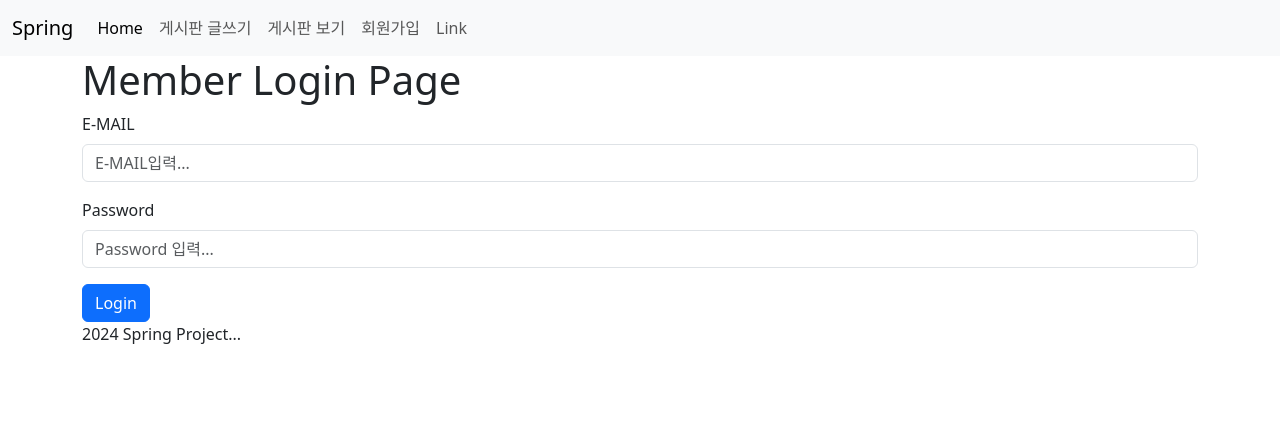
Repository: oco0217/SpringTest2
Page: http://localhost/spring_test2/WEB-INF/views/user/login.jsp
An editor plug-in stored every save of this project. The page is shown before and after the next save, followed by the edit.
The browser window is 1280 px wide. The pictures show the whole page.
The page is served by Tomcat 9. Nobody is signed in. Other server files are loaded and not shown. The template is opened directly, without the code that normally fills it, so the values that code supplies are empty.

Above is the page before, as saved 2024-05-08 02:30:55.

### spring_test2/src/main/webapp/WEB-INF/views/user/login.jsp
<%@ page language="java" contentType="text/html; charset=UTF-8"
	pageEncoding="UTF-8"%>
<%@ taglib uri="http://java.sun.com/jsp/jstl/core" prefix="c"%>

<jsp:include page="../layout/header.jsp" />

<div class="container-md">
	<h1>Member Login Page</h1>

	<form action="/user/login" method="post">

		<div class="mb-3">
			<label for="i" class="form-label">E-MAIL</label> <input type="text"
				class="form-control" id="i" placeholder="E-MAIL입력..." name="email">
		</div>
		<div class="mb-3">
			<label for="p" class="form-label">Password</label> <input
				type="password" class="form-control" id="p"
				placeholder="Password 입력..." name="pwd">
		</div>

		<c:if test="${not empty param.errMsg ne null }">
			<div class="mb-3 text-danger">
			${errMsg }
			</div>
		</c:if>


		<button type="submit" class="btn btn-primary">Login</button>
	</form>
</div>

<jsp:include page="../layout/footer.jsp" />

### spring_test2/src/main/webapp/WEB-INF/views/layout/header.jsp
<%@ page language="java" contentType="text/html; charset=UTF-8"
    pageEncoding="UTF-8"%>
    <%@ taglib uri="http://java.sun.com/jsp/jstl/core" prefix="c" %>
<!DOCTYPE html>
<html>
<head>
<meta charset="UTF-8">
<title>header.jsp</title>
<link href="/re/css/bootstrap.min.css" rel="stylesheet" integrity="sha384-QWTKZyjpPEjISv5WaRU9OFeRpok6YctnYmDr5pNlyT2bRjXh0JMhjY6hW+ALEwIH" crossorigin="anonymous">
<script src="/re/js/bootstrap.bundle.min.js" integrity="sha384-YvpcrYf0tY3lHB60NNkmXc5s9fDVZLESaAA55NDzOxhy9GkcIdslK1eN7N6jIeHz" crossorigin="anonymous"></script>
</head>
<body>
<nav class="navbar navbar-expand-lg bg-body-tertiary">
  <div class="container-fluid">
    <a class="navbar-brand" href="#">Spring</a>
    <button class="navbar-toggler" type="button" data-bs-toggle="collapse" data-bs-target="#navbarSupportedContent" aria-controls="navbarSupportedContent" aria-expanded="false" aria-label="Toggle navigation">
      <span class="navbar-toggler-icon"></span>
    </button>
    <div class="collapse navbar-collapse" id="navbarSupportedContent">
      <ul class="navbar-nav me-auto mb-2 mb-lg-0">
        <li class="nav-item">
          <a class="nav-link active" aria-current="page" href="/">Home</a>
        </li>
        <li class="nav-item">
          <a class="nav-link" href="/board/register">게시판 글쓰기</a>
        </li>
        <li class="nav-item">
          <a class="nav-link" href="/board/list">게시판 보기</a>
        </li>
        <li class="nav-item">
          <a class="nav-link" href="/user/register">회원가입</a>
        </li>
       <%--  <li class="nav-item">
          <a class="nav-link" href="/member/login">로그인</a>
        </li>
        <c:if test="${ses ne null }">
        <li class="nav-item">
          <a class="nav-link" href="/member/logout">로그아웃</a>
        </li>
        <li class="nav-item">
          <a class="nav-link" href="/member/modify">${ses.id }(${ses.email }) Welcome!!</a>
        </li>
        </c:if> --%>
        <li class="nav-item">
          <a class="nav-link" href="http://www.google.com" target="_blank" >Link</a>
        </li>
      </ul>
    </div>
  </div>
</nav>

### spring_test2/src/main/webapp/WEB-INF/views/layout/footer.jsp
<%@ page language="java" contentType="text/html; charset=UTF-8"
    pageEncoding="UTF-8"%>

<div class="container-md">
2024 Spring Project...
</div>

</body>
</html>

Loaded but not shown: spring_test2/src/main/webapp/resources/css/bootstrap.min.css (library); spring_test2/src/main/webapp/resources/js/bootstrap.bundle.min.js (library)

After the next save:
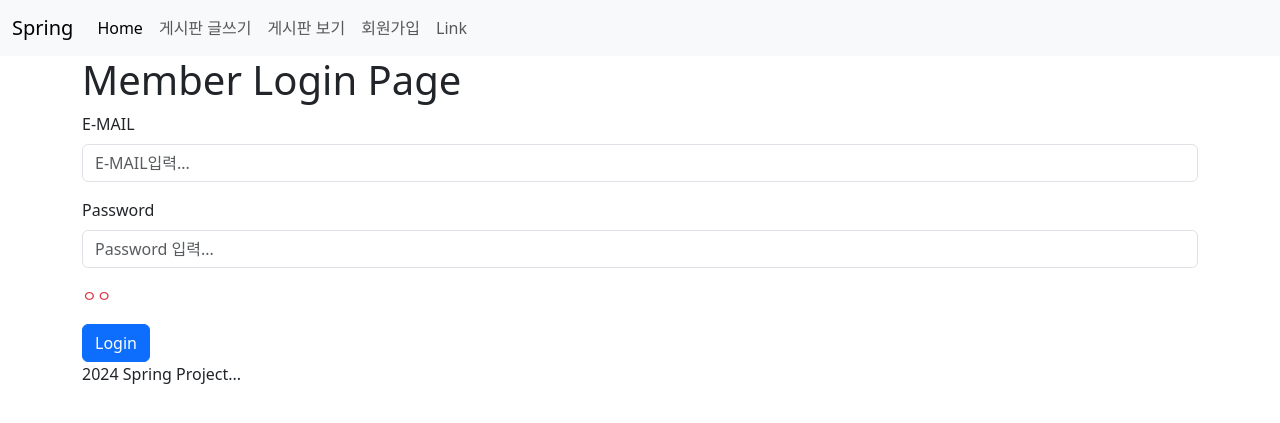
Saved 6 s later.
--- a/spring_test2/src/main/webapp/WEB-INF/views/user/login.jsp
+++ b/spring_test2/src/main/webapp/WEB-INF/views/user/login.jsp
@@ -22,6 +22,7 @@
 		<c:if test="${not empty param.errMsg ne null }">
 			<div class="mb-3 text-danger">
 			${errMsg }
+			ㅇㅇ
 			</div>
 		</c:if>
 
